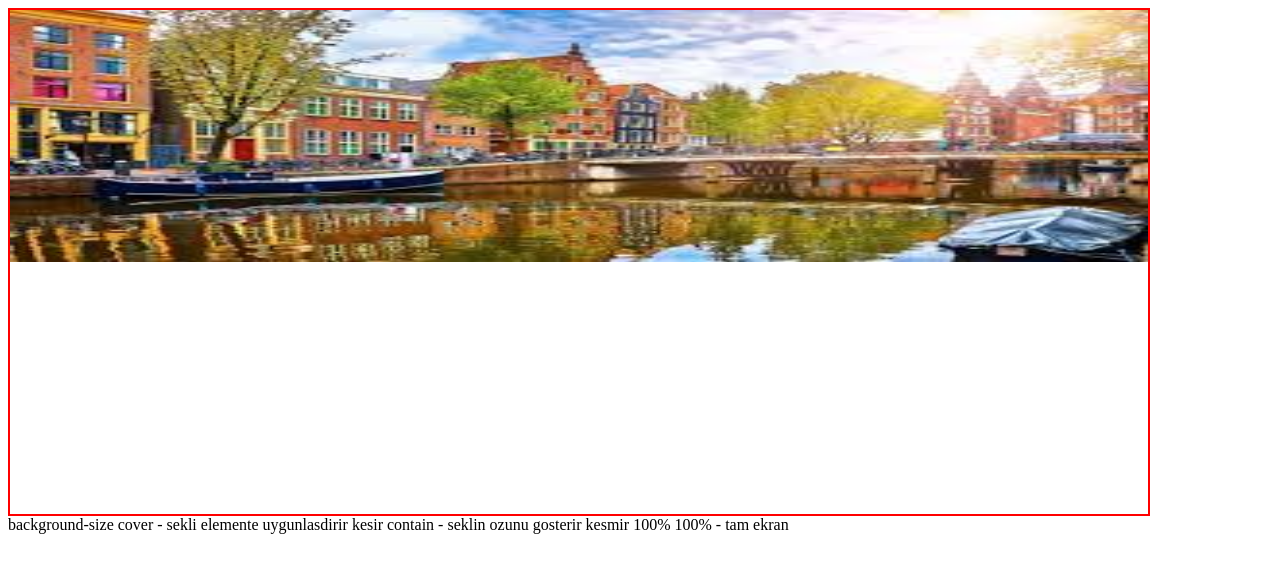
Repository: AytacSafarova/TAsk-11
Page: index.html
These files come from the project's save history. The page is drawn as it stood at one moment and after the next save; the edit follows.
The browser window is 1280 px wide. The pictures show the whole page.

Above is the page before, as saved 2023-08-31 22:12:38.

### index.html
<!DOCTYPE html>
<html lang="en">
<head>
    <meta charset="UTF-8">
    <meta name="viewport" content="width=device-width, initial-scale=1.0">
    <title>Document</title>
</head>
<style>
    .container{
        background-image: url('./download\ \(1\).jfif');
      min-height: 70vh;
        width: 90%;
        border:  2px solid red;
        background-repeat: no-repeat;
        background-size: 100% 50%;
    }
</style>
<body>
    <div class="container">

    </div>

</body>
<script src="./index.js"></script>
</html>

background-size
cover - sekli elemente uygunlasdirir kesir
contain - seklin ozunu gosterir kesmir
100% 100% - tam ekran

### index.js
// fetch("https://api.chucknorris.io/jokes/random")
//   .then((response) => {
//     return response.json();
//   })
//   .then((data) => {
//     console.log(data);
//   });

console.log(window);

After the next save:
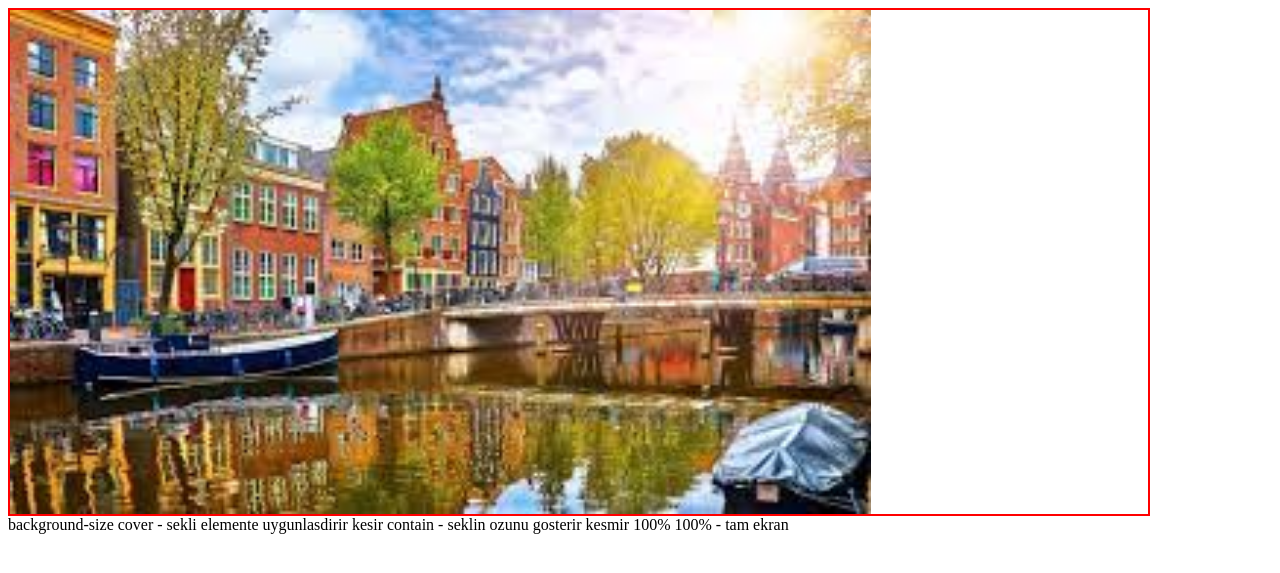
Saved 17 h 43 min later.
--- a/index.html
+++ b/index.html
@@ -12,7 +12,7 @@
         width: 90%;
         border:  2px solid red;
         background-repeat: no-repeat;
-        background-size: 100% 50%;
+        background-size: contain;
     }
 </style>
 <body>
